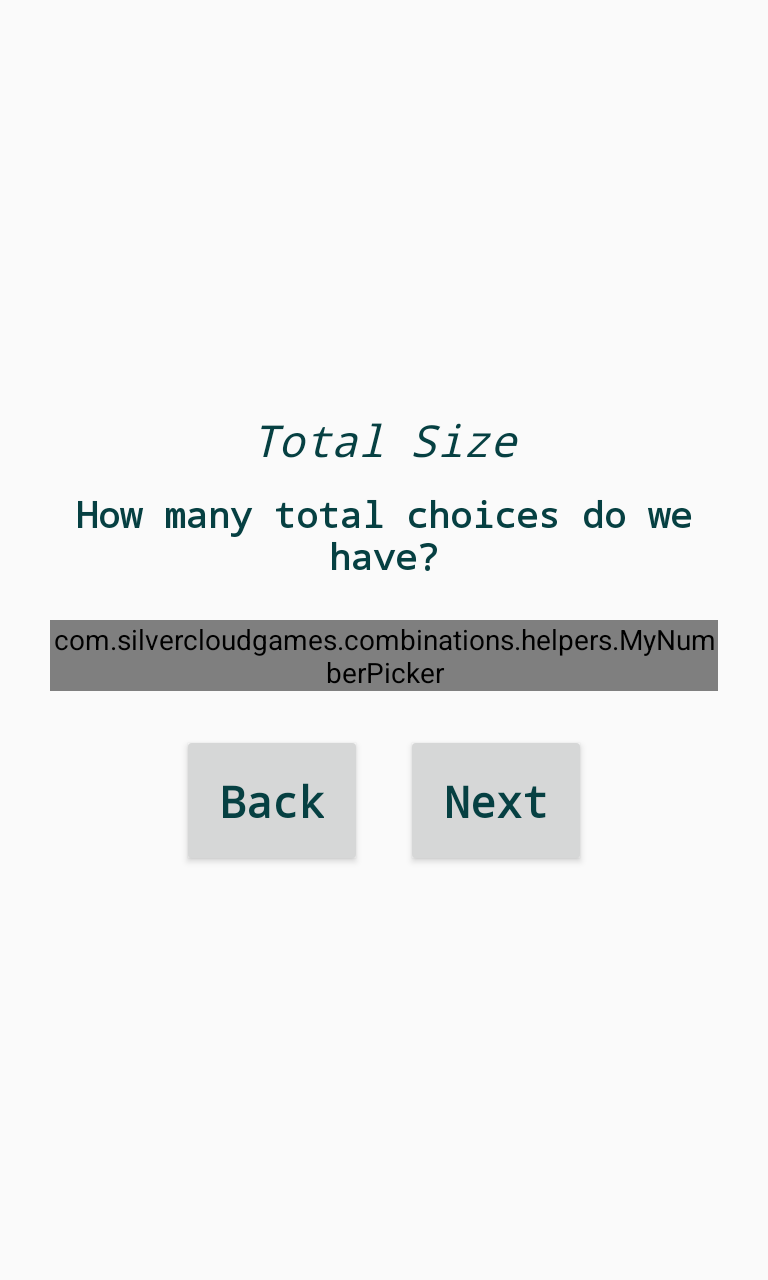
Repository: rontejada1991/Combinations-and-Permutations-Android-App
Layout: combinations/res/layout/activity_total_size.xml
These files come from the project's save history. The layout is drawn as it stood at one moment and after the next save; the edit follows.
Pictures or frames that could not be fetched are drawn as grey boxes. It is drawn on a 768 x 1280 px phone screen (xhdpi) without system bars, with theme AppTheme; the app's code is not run.

Above is the layout before, as saved 2014-11-07 21:17:19.

After the next save:
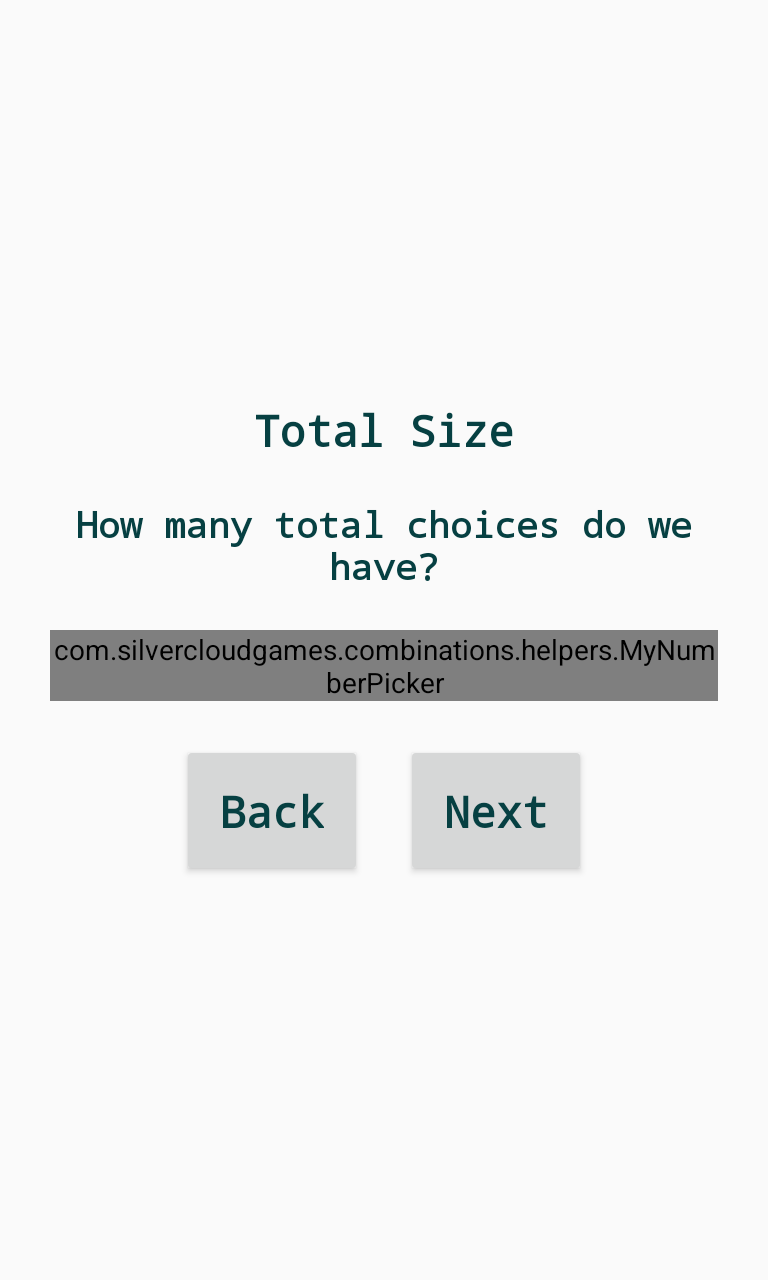
Saved 44 s later.
--- a/combinations/res/layout/activity_total_size.xml
+++ b/combinations/res/layout/activity_total_size.xml
@@ -9,10 +9,10 @@
 
 	<TextView
 	    android:id="@+id/tv_title"
-        style="@style/CodeFont.Italic"
+        style="@style/CodeFont"
         android:layout_width="fill_parent"
         android:text="Total Size"
-        android:layout_marginBottom="10dp" />
+        android:layout_marginBottom="20dp" />
 
 	<TextView
 	    android:id="@+id/tv_sub"
